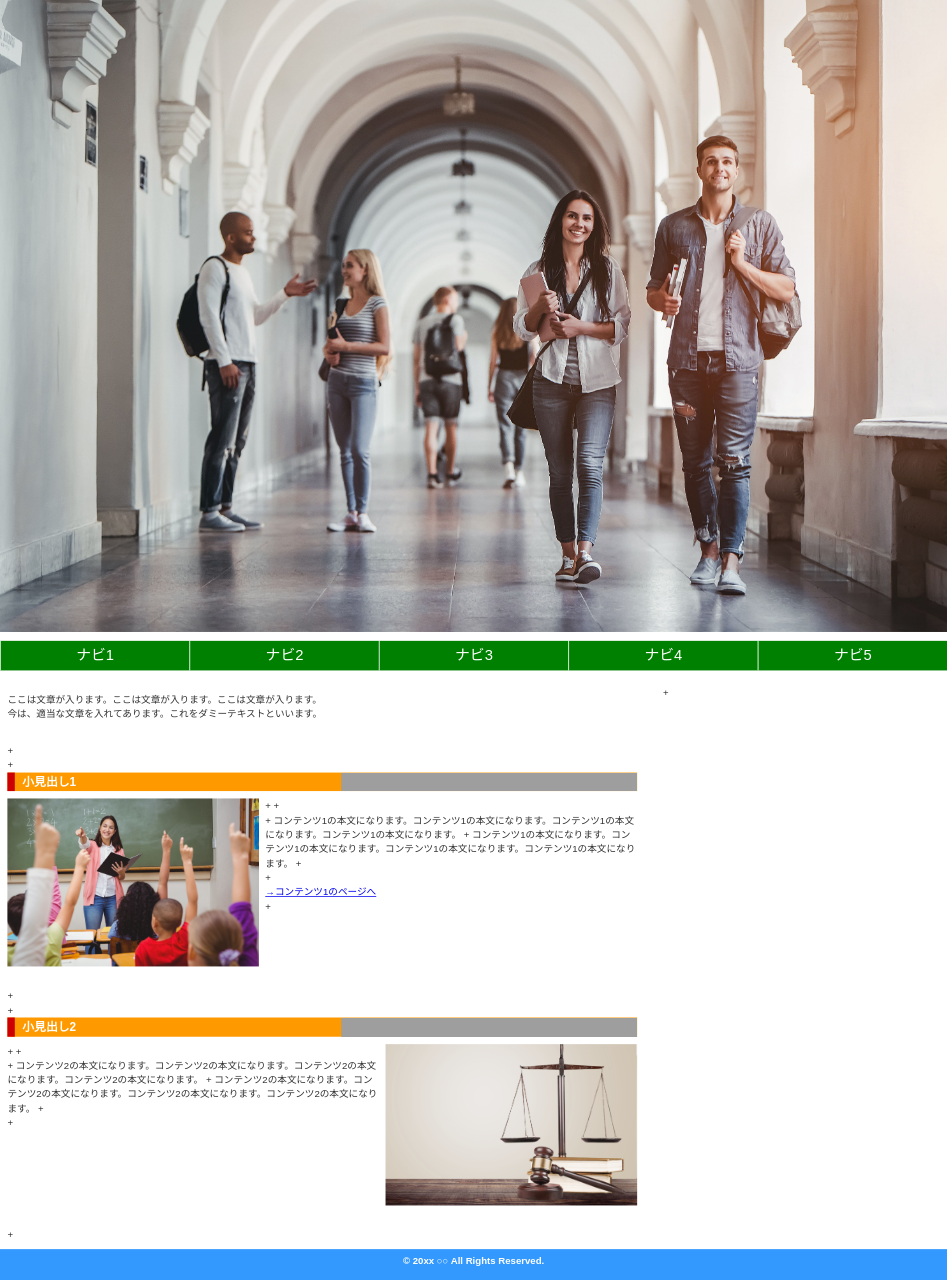
Repository: Fuku0613/-Samurai_JS-
Page: home.html
The author's editor kept a record of every edit. The page is drawn from the files as they stood at one moment, then again after the next edit.
The browser window is 1280 px wide. The pictures show the whole page, at 74% of full size.
Pictures or frames that could not be fetched are drawn as grey boxes.

Above is the page before.

After the next edit:
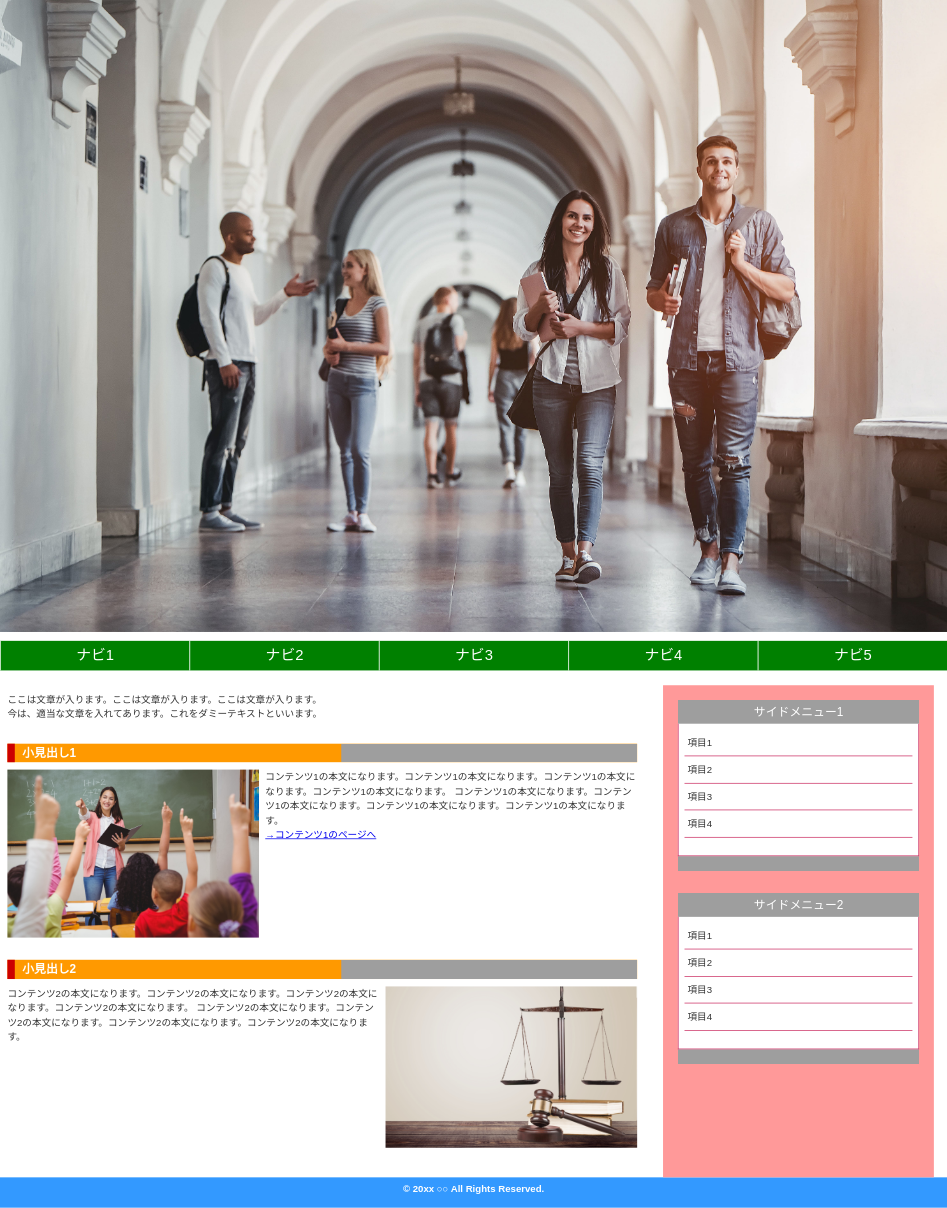
The edit:
--- a/home.html
+++ b/home.html
@@ -6,7 +6,7 @@
         <link rel="stylesheet" href="stylesheet.css">
     </head>
     <body>
-         <div id="header">
+        <div id="header">
             <h1><a href="index.html"><img id="corridor" src="images/corridor.jpg" alt="大学の廊下" /></a></h1>
         </div>
         <div id="wrapper">
@@ -24,25 +24,49 @@
                     <div class="post">
                         <p>ここは文章が入ります。ここは文章が入ります。ここは文章が入ります。<br />今は、適当な文章を入れてあります。これをダミーテキストといいます。</p>
                     </div>
-+                    <div class="post clearfix">
-+                        <h2>小見出し1</h2>
-+                        <img class="left" src="images/classroom.jpg" alt="授業風景" />
-+                        <p>
-+                            コンテンツ1の本文になります。コンテンツ1の本文になります。コンテンツ1の本文になります。コンテンツ1の本文になります。
-+                            コンテンツ1の本文になります。コンテンツ1の本文になります。コンテンツ1の本文になります。コンテンツ1の本文になります。
-+                        </p>
-+                        <p><a href="#">→コンテンツ1のページへ</a></p>
-+                    </div>
-+                    <div class="post clearfix">
-+                        <h2>小見出し2</h2>
-+                        <img class="right" src="images/scale.jpg" alt="天秤" />
-+                        <p>
-+                            コンテンツ2の本文になります。コンテンツ2の本文になります。コンテンツ2の本文になります。コンテンツ2の本文になります。
-+                            コンテンツ2の本文になります。コンテンツ2の本文になります。コンテンツ2の本文になります。コンテンツ2の本文になります。
-+                        </p>
-+                    </div>
-+                </div>
-+            </div>
+                    <div class="post clearfix">
+                        <h2>小見出し1</h2>
+                        <img class="left" src="images/classroom.jpg" alt="授業風景" />
+                        <p>
+                            コンテンツ1の本文になります。コンテンツ1の本文になります。コンテンツ1の本文になります。コンテンツ1の本文になります。
+                            コンテンツ1の本文になります。コンテンツ1の本文になります。コンテンツ1の本文になります。コンテンツ1の本文になります。
+                        </p>
+                        <p><a href="#">→コンテンツ1のページへ</a></p>
+                    </div>
+                    <div class="post clearfix">
+                        <h2>小見出し2</h2>
+                        <img class="right" src="images/scale.jpg" alt="天秤" />
+                        <p>
+                            コンテンツ2の本文になります。コンテンツ2の本文になります。コンテンツ2の本文になります。コンテンツ2の本文になります。
+                            コンテンツ2の本文になります。コンテンツ2の本文になります。コンテンツ2の本文になります。コンテンツ2の本文になります。
+                        </p>
+                    </div>
+                </div>
+                <div id="side">
+                    <div class="box">
+                        <h2>サイドメニュー1</h2>
+                        <div class="boxBody">
+                            <ul>
+                                <li>項目1</li>
+                                <li>項目2</li>
+                                <li>項目3</li>
+                                <li>項目4</li>
+                            </ul>
+                        </div>
+                    </div>
+                    <div class="box">
+                        <h2>サイドメニュー2</h2>
+                        <div class="boxBody">
+                            <ul>
+                                <li>項目1</li>
+                                <li>項目2</li>
+                                <li>項目3</li>
+                                <li>項目4</li>
+                            </ul>
+                        </div>
+                    </div>
+                </div>
+            </div>
         </div>
         <div id="footer">
             <p>&copy; 20xx ○○ All Rights Reserved.</p>
